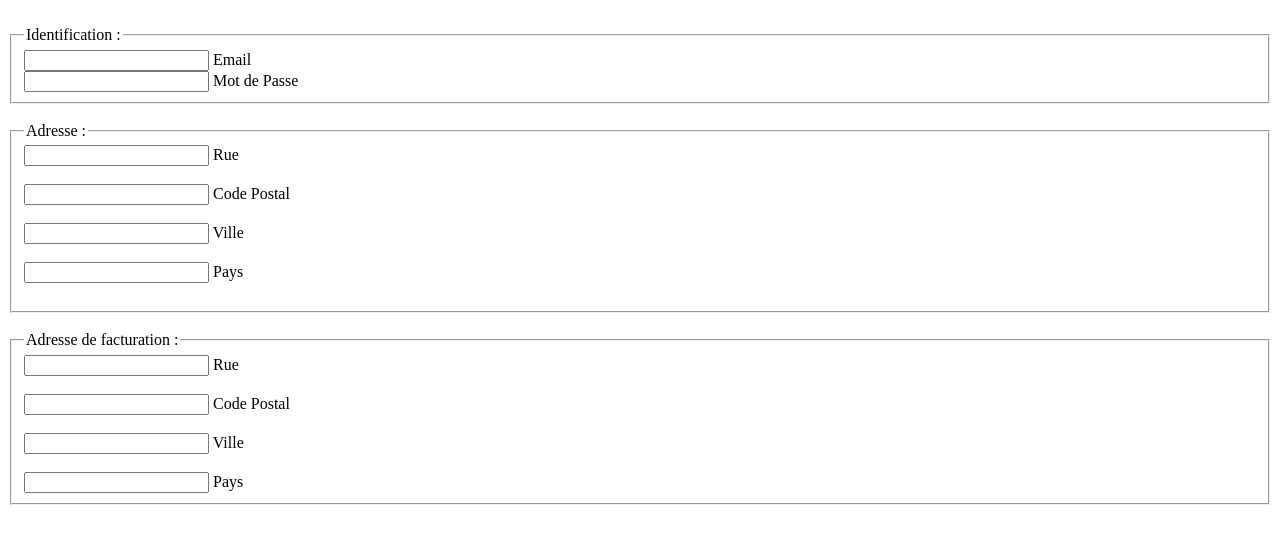
Repository: Tanox2450/ProjetFinalFrontWeb
Page: http://localhost/BoVoyageFrontOffice/fragments/formulaireConnexion.jsp
An editor plug-in stored every save of this project. The page is shown before and after a run of saves, followed by the edit.
The browser window is 1280 px wide. The pictures show the whole page.
The page is served by Tomcat 9.

Above is the page before, as saved 2015-08-24 13:23:23.

After the next 3 saves:
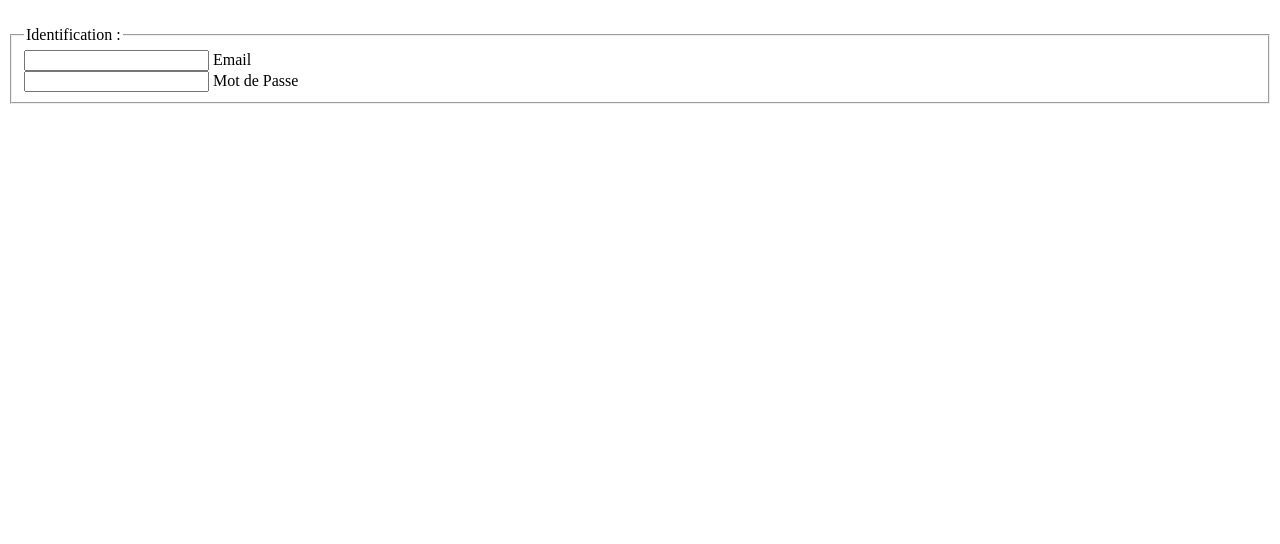
The 3 saves are shown as one change because they came seconds apart.
The last was saved 14 s later.
--- a/BoVoyageFrontOffice/WebContent/fragments/formulaireConnexion.jsp
+++ b/BoVoyageFrontOffice/WebContent/fragments/formulaireConnexion.jsp
@@ -1,5 +1,5 @@
 <%@ page language="java" contentType="text/html; charset=UTF-8"
-    pageEncoding="UTF-8"%>
+	pageEncoding="UTF-8"%>
 <!DOCTYPE html PUBLIC "-//W3C//DTD HTML 4.01 Transitional//EN" "http://www.w3.org/TR/html4/loose.dtd">
 <html>
 <head>
@@ -21,69 +21,6 @@
 				<input class="mdl-textfield__input" type="password" name="password"
 					id="password" /> <label class="mdl-textfield__label"
 					for="password">Mot de Passe</label>
-			</div>
-		</fieldset>
-		<br />
-		<fieldset>
-			<legend>Adresse :</legend>
-			<div
-				class="mdl-textfield mdl-js-textfield mdl-textfield--floating-label">
-				<input class="mdl-textfield__input" type="text" name="street"
-					id="street" /> <label class="mdl-textfield__label" for="street">Rue</label>
-			</div>
-			<br />
-			<div
-				class="mdl-textfield mdl-js-textfield mdl-textfield--floating-label">
-				<input class="mdl-textfield__input" type="text" name="postalCode"
-					id="postalCode" /> <label class="mdl-textfield__label"
-					for="postalCode">Code Postal</label>
-			</div>
-			<br />
-			<div
-				class="mdl-textfield mdl-js-textfield mdl-textfield--floating-label">
-				<input class="mdl-textfield__input" type="text" name="city"
-					id="city" /> <label class="mdl-textfield__label" for="city">Ville</label>
-			</div>
-			<br />
-			<div
-				class="mdl-textfield mdl-js-textfield mdl-textfield--floating-label">
-				<input class="mdl-textfield__input" type="text" name="country"
-					id="country" /> <label class="mdl-textfield__label" for="country">Pays</label>
-			</div>
-			<br />
-		</fieldset>
-		<br />
-		<fieldset>
-			<legend>Adresse de facturation :</legend>
-			<div
-				class="mdl-textfield mdl-js-textfield mdl-textfield--floating-label">
-				<input class="mdl-textfield__input" type="text" name="streetFact"
-					id="streetFact" /> <label class="mdl-textfield__label"
-					for="streetFact">Rue</label>
-			</div>
-			<br />
-			<div
-				class="mdl-textfield mdl-js-textfield mdl-textfield--floating-label">
-				<input class="mdl-textfield__input" type="text"
-					name="postalCodeFact" id="postalCodeFact" /> <label
-					class="mdl-textfield__label" for="postalCodeFact">Code
-					Postal</label>
-			</div>
-			<br />
-			<div
-				class="mdl-textfield mdl-js-textfield mdl-textfield--floating-label">
-				<input class="mdl-textfield__input" type="text" name="cityFact"
-					id="cityFact" /> <label class="mdl-textfield__label"
-					for="cityFact">Ville</label>
-			</div>
-			<br />
-			<div
-				class="mdl-textfield mdl-js-textfield mdl-textfield--floating-label">
-				<input class="mdl-textfield__input" type="text" name="countryFact"
-					id="countryFact" /> <label class="mdl-textfield__label"
-					for="countryFact">Pays</label>
-			</div>
-		</fieldset>
-	</form>
+			</div></form>
 </body>
 </html>
